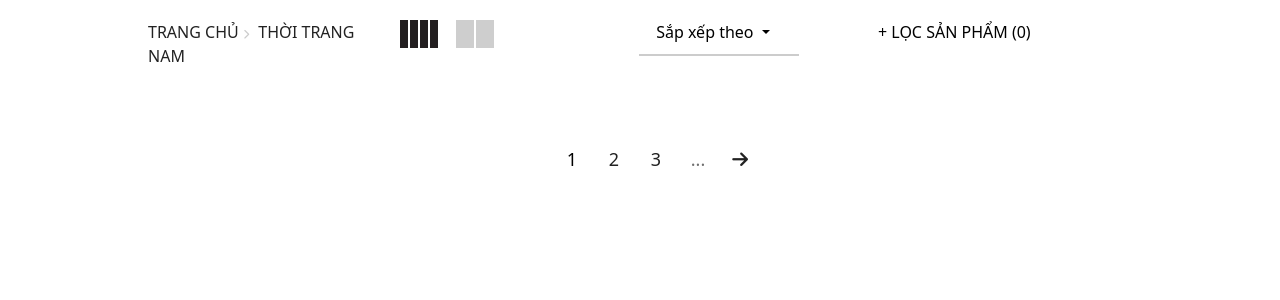
Repository: NguyenQuangQuan021099/FE_Page-Male
Page: index.html
An editor plug-in stored every save of this project. The page is shown before and after a run of saves, followed by the edit.
The browser window is 1280 px wide. The pictures show the whole page.
The page's requests for data from a server got no answer. Some web libraries are served in a nearby version.

Above is the page before, as saved 2021-07-09 09:09:38.

### index.html
<!DOCTYPE html>
<html lang="en">
<head>
    <meta charset="UTF-8">
    <meta http-equiv="X-UA-Compatible" content="IE=edge">
    <script src="https://kit.fontawesome.com/ce2ff1d6ed.js" crossorigin="anonymous"></script>
    <link href="https://cdn.jsdelivr.net/npm/bootstrap@5.0.1/dist/css/bootstrap.min.css" rel="stylesheet" integrity="sha384-+0n0xVW2eSR5OomGNYDnhzAbDsOXxcvSN1TPprVMTNDbiYZCxYbOOl7+AMvyTG2x" crossorigin="anonymous">
    <script src="https://code.jquery.com/jquery-3.6.0.min.js" integrity="sha256-/xUj+3OJU5yExlq6GSYGSHk7tPXikynS7ogEvDej/m4=" crossorigin="anonymous"></script>
    <meta name="viewport" content="width=device-width, initial-scale=1.0">
    <link rel="stylesheet" href="grid.css">
    <link rel="stylesheet" href="style.css">
    <title>Trang Nam</title>
</head>
<body>
<div class="grid main wide">
<!-- -------------------------Begin Nav-------------------------------------------------- -->
<div class="category__product__action row ">
    <div class="breadcrumbs col l-3">
        <a href="" title="Đi đến trang chủ">TRANG CHỦ</a>
        <i style="color: #ccc; font-size: 10px; margin-right: 5px; padding-bottom: 2px;" class="fas fa-chevron-right"></i>
        <span style="color: #222">THỜI TRANG NAM</span>
    </div>
    <div class="sub__category__product__action col l-9">
      <div class="nav-2 row ">
        <div class="toolbar__product col l-3 ">
          <a href="#" class="active" title="Lưới" ></a>
          <a href="./Danh sách/page1.html" class="disable" title="Danh sách" ></a>
        </div>
        <!-- --------------begin dropdown ------------------>
        <div class="dropdown col l-3 ">
          <button class="btn btn-secondary dropdown-toggle" type="button" id="dropdownMenuButton1" data-bs-toggle="dropdown" aria-expanded="false">
            Sắp xếp theo
          </button>
          <ul class="dropdown-menu sorter" aria-labelledby="dropdownMenuButton1" .>
            <li><a class="dropdown-item" href="#">Thứ tự chữ cái A-Z</a></li>
            <li><a class="dropdown-item" href="#">Thứ tự chữ cái Z-A</a></li>
            <li><a class="dropdown-item" href="#">Giá tăng dần</a></li>
            <li><a class="dropdown-item" href="#">Giá giảm dần</a></li>
            <li><a class="dropdown-item" href="#">Sản phẩm mới nhất</a></li>
          </ul>
        </div>
      <!-- -------------------end dropdown ---------------->

    <!-------------------- begin filter---------------- -->
  <div class="filter__toggle col l-3">
    <div class="list-group">
      <button class="list-group-item list-group-item-action actived-list" aria-current="true" >
        + LỌC SẢN PHẨM (0)
      </button>
      <div class="list-select">
        <div class="list-group-item list-group-item-action reset-close">
          <button class="reset">ĐẶT LẠI</button>
          <button class="close">ĐÓNG</button>
        </div>
        <div class="filter-option-list">
          <div class="filter-option">
            <button class="list-group-item list-group-item-action btn__item actived">NHÓM
              <div class="icon">
                <i class="fas fa-plus icon-1"></i>
                <i class="fas fa-minus icon-2"></i>
              </div>
            </button>
            <div class="item__male">
              <ul class="items">
                <li class="item"> <a href="">ÁO NAM</a></li>
                <li class="item"> <a href="">QUẦN NAM</a></li>
                <li class="item"> <a href="">GIÀY DÉP NAM</a></li>
                <li class="item"> <a href="">PHỤ KIỆN THỜI TRANG NAM</a></li>
              </ul>
            </div>
          </div>

        <div class="filter-option">
          <button class="list-group-item list-group-item-action btn__item actived">KÍCH CỠ
            <div class="icon">
              <i class="fas fa-plus icon-1"></i>
              <i class="fas fa-minus icon-2"></i>
            </div>
          </button>
          <div class="item__male">
            <ul class="items items-size">

            </ul>
          </div>
        </div>
        <div class="filter-option">
          <button class="list-group-item list-group-item-action btn__item">MÀU TRANG PHỤC</button>
        </div>
        <div class="filter-option">
        <button class="list-group-item list-group-item-action btn__item">GÍA TIỀN</button>
        </div>
        </div>
      </div>
    </div>
  </div>
  </div>
<!-- -------------------End filter--------------------- -->
</div>
</div>

<!-- --------------------End Nav----------------------- -->

<!-------------------Begin product--------------------- -->
<div class="product">
        <ol id="product-list-items" class="row">

        </ol>
</div>
<!-------------------End product--------------------- -->

<!-- -------------Begin pagination --------------------->
<div class="pagination ">
  <ul class="list__pag ">
    <li class="item__current"><a href="#">1</a></li>
        <li class="item"><a href="#">2</a></li>
        <li class="item"><a href="#">3</a></li>
        <li class="item"><span>...</span></li>
        <li class="item__next"><a href="#" title="Tiếp theo"><i class="fas fa-arrow-right"></i></a></li>
  </ul>
</div>
<!-- -------------End pagination ---------------------->
</div>
    <script src="./app.js"></script>
    <script src="https://cdn.jsdelivr.net/npm/@popperjs/core@2.9.2/dist/umd/popper.min.js" integrity="sha384-IQsoLXl5PILFhosVNubq5LC7Qb9DXgDA9i+tQ8Zj3iwWAwPtgFTxbJ8NT4GN1R8p" crossorigin="anonymous"></script>
    <script src="https://cdn.jsdelivr.net/npm/bootstrap@5.0.1/dist/js/bootstrap.min.js" integrity="sha384-Atwg2Pkwv9vp0ygtn1JAojH0nYbwNJLPhwyoVbhoPwBhjQPR5VtM2+xf0Uwh9KtT" crossorigin="anonymous"></script>
</body>
</html>

### grid.css
.grid{
    width: 100%;
    display: block;
    padding: 0;
}

.grid.wide{
    max-width: 1200px;
    margin: 0 auto;
}

.row{
    display: flex;
    flex-wrap: wrap;
    margin-left: -4px;
    margin-right: -4px;
}

.row.no-gutters{
    margin-left: 0;
    margin-right: 0;
}

.col{
    padding-left: 4px;
    padding-right: 4px;
}

.row.no-gutters .col{
    margin-left: 0;
    margin-right: 0;
}
/* c - làm cho mobile */
.c-0{
    display: none;
}

.c-1{
    flex: 0 0 8.33333%;
    max-width: 8.33333%;
}

.c-2{
    flex: 0 0 16.66667%;
    max-width: 16.666667%;
}

.c-3{
    flex: 0 0 25%;
    max-width: 25%;
}

.c-4{
    flex: 0 0 33.33333%;
    max-width: 33.33333% ;
}

.c-5{
    flex: 0 0 41.66667%;
    max-width: 41.66667% ;
}

.c-6{
    flex: 0 0 50%;
    max-width: 50% ;
}

.c-7{
    flex: 0 0 58.33333%;
    max-width: 58.33333% ;
}

.c-8{
    flex: 0 0 66.66667%;
    max-width: 66.66667% ;
}

.c-9{
    flex: 0 0 75%;
    max-width: 75% ;
}

.c-10{
    flex: 0 0 83.33333%;
    max-width: 83.33333% ;
}

.c-11{
    flex: 0 0 91.66667%;
    max-width: 91.66667% ;
}

.c-12{
    flex: 0 0 100%;
    max-width: 100% ;
}

.c-o-1{
    margin-left: 8.33333%;
}

.c-o-2{
    margin-left: 16.666667%;
}

.c-o-3{
    margin-left: 25%;
}

.c-o-4{
    margin-left: 33.33333% ;
}

.c-o-5{
    margin-left: 41.66667% ;
}

.c-o-6{
    margin-left: 50% ;
}

.c-o-7{
    margin-left: 58.33333% ;
}

.c-o-8{
    margin-left: 66.66667% ;
}

.c-o-9{
    margin-left: 75% ;
}

.c-o-10{
    margin-left: 83.33333% ;
}

.c-o-11{
    margin-left: 91.66667% ;
}

/* Tablet ~ PC low resolution */
@media (min-width: 740px) and (max-width: 1023px) {
    .wide{
        width: 644px;
    }

    .col{
        padding-left: 4px;
        padding-right: 4px;
    }
}


/* >= Tablet */
@media (min-width: 740px)  {
   .row{
    margin-left: -8px;
    margin-right: -8px;
   }

   .col{
    padding-left: 4px;
    padding-right: 4px;
    }

    .m-0{
        display: none;
    }

    .m-1,
    .m-2,
    .m-3,
    .m-4,
    .m-5,
    .m-6,
    .m-7,
    .m-8,
    .m-9,
    .m-10,
    .m-11,
    .m-12{
        display: block;
    }

    .m-1{
        flex: 0 0 8.33333%;
        max-width: 8.33333%;
    }

    .m-2{
        flex: 0 0 16.66667%;
        max-width: 16.666667%;
    }

    .m-3{
        flex: 0 0 25%;
        max-width: 25%;
    }

    .m-4{
        flex: 0 0 33.33333%;
        max-width: 33.33333% ;
    }

    .m-5{
        flex: 0 0 41.66667%;
        max-width: 41.66667% ;
    }

    .m-6{
        flex: 0 0 50%;
        max-width: 50% ;
    }

    .m-7{
        flex: 0 0 58.33333%;
        max-width: 58.33333% ;
    }

    .m-8{
        flex: 0 0 66.66667%;
        max-width: 66.66667% ;
    }

    .m-9{
        flex: 0 0 75%;
        max-width: 75% ;
    }

    .m-10{
        flex: 0 0 83.33333%;
        max-width: 83.33333% ;
    }

    .m-11{
        flex: 0 0 91.66667%;
        max-width: 91.66667% ;
    }

    .m-12{
        flex: 0 0 100%;
        max-width: 100% ;
    }

    .m-o-1{
        margin-left: 8.33333%;
    }

    .m-o-2{
        margin-left: 16.666667%;
    }

    .m-o-3{
        margin-left: 25%;
    }

    .m-o-4{
        margin-left: 33.33333% ;
    }

    .m-o-5{
        margin-left: 41.66667% ;
    }

    .m-o-6{
        margin-left: 50% ;
    }

    .m-o-7{
        margin-left: 58.33333% ;
    }

    .m-o-8{
        margin-left: 66.66667% ;
    }

    .m-o-9{
        margin-left: 75% ;
    }

    .m-o-10{
        margin-left: 83.33333% ;
    }

    .m-o-11{
        margin-left: 91.66667% ;
    }



}

/* > PC low resolution */
@media (min-width: 1113px)  {
    .row{
        margin-left: -12px;
        margin-right: -12px;
       }

    .col{
        padding-left: 4px;
        padding-right: 4px;
    }

    .l-0{
        display: none;
    }

    .l-1,
    .l-2,
    .l-3,
    .l-4,
    .l-5,
    .l-6,
    .l-7,
    .l-8,
    .l-9,
    .l-10,
    .l-11,
    .l-12{
        display: block;
    }

    .l-1{
        flex: 0 0 8.33333%;
        max-width: 8.33333%;
    }

    .l-2{
        flex: 0 0 16.66667%;
        max-width: 16.666667%;
    }

    .l-3{
        flex: 0 0 25%;
        max-width: 25%;
    }

    .l-4{
        flex: 0 0 33.33333%;
        max-width: 33.33333% ;
    }

    .l-5{
        flex: 0 0 41.66667%;
        max-width: 41.66667% ;
    }

    .l-6{
        flex: 0 0 50%;
        max-width: 50% ;
    }

    .l-7{
        flex: 0 0 58.33333%;
        max-width: 58.33333% ;
    }

    .l-8{
        flex: 0 0 66.66667%;
        max-width: 66.66667% ;
    }

    .l-9{
        flex: 0 0 75%;
        max-width: 75% ;
    }

    .l-10{
        flex: 0 0 83.33333%;
        max-width: 83.33333% ;
    }

    .l-11{
        flex: 0 0 91.66667%;
        max-width: 91.66667% ;
    }

    .l-12{
        flex: 0 0 100%;
        max-width: 100% ;
    }

    .l-o-1{
        margin-left: 8.33333%;
    }

    .l-o-2{
        margin-left: 16.666667%;
    }

    .l-o-3{
        margin-left: 25%;
    }

    .l-o-4{
        margin-left: 33.33333% ;
    }

    .l-o-5{
        margin-left: 41.66667% ;
    }

    .l-o-6{
        margin-left: 50% ;
    }

    .l-o-7{
        margin-left: 58.33333% ;
    }

    .l-o-8{
        margin-left: 66.66667% ;
    }

    .l-o-9{
        margin-left: 75% ;
    }

    .l-o-10{
        margin-left: 83.33333% ;
    }

    .l-o-11{
        margin-left: 91.66667% ;
    }
}


/* PC low resolution */
@media (min-width: 1024px) and (max-width: 1366px) {
    .wide{
        width: 984px;
    }

    .wide .row{
        margin-left: -12px;
        margin-right: -12px;
    }

    .wide .col{
        padding-left: 12px;
        padding-right: 12px;
    }

    .wide .l-0{
        display: none;
    }

    .wide .l-1,
    .wide .l-2,
    .wide .l-3,
    .wide .l-4,
    .wide .l-5,
    .wide .l-6,
    .wide .l-7,
    .wide .l-8,
    .wide .l-9,
    .wide .l-10,
    .wide .l-11,
    .wide .l-12{
        display: block;
    }

    .wide .l-1{
        flex: 0 0 8.33333%;
        max-width: 8.33333%;
    }

    .wide .l-2{
        flex: 0 0 16.66667%;
        max-width: 16.666667%;
    }

    .wide .l-3{
        flex: 0 0 25%;
        max-width: 25%;
    }

    .wide .l-4{
        flex: 0 0 33.33333%;
        max-width: 33.33333% ;
    }

    .wide .l-5{
        flex: 0 0 41.66667%;
        max-width: 41.66667% ;
    }

    .wide .l-6{
        flex: 0 0 50%;
        max-width: 50% ;
    }

    .wide .l-7{
        flex: 0 0 58.33333%;
        max-width: 58.33333% ;
    }

    .wide .l-8{
        flex: 0 0 66.66667%;
        max-width: 66.66667% ;
    }

    .wide .l-9{
        flex: 0 0 75%;
        max-width: 75% ;
    }

    .wide .l-10{
        flex: 0 0 83.33333%;
        max-width: 83.33333% ;
    }

    .wide .l-11{
        flex: 0 0 91.66667%;
        max-width: 91.66667% ;
    }

    .wide .l-12{
        flex: 0 0 100%;
        max-width: 100% ;
    }

    .wide .l-o-1{
        margin-left: 8.33333%;
    }

    .wide .l-o-2{
        margin-left: 16.666667%;
    }

    .wide .l-o-3{
        margin-left: 25%;
    }

    .wide .l-o-4{
        margin-left: 33.33333% ;
    }

    .wide .l-o-5{
        margin-left: 41.66667% ;
    }

    .wide .l-o-6{
        margin-left: 50% ;
    }

    .wide .l-o-7{
        margin-left: 58.33333% ;
    }

    .wide .l-o-8{
        margin-left: 66.66667% ;
    }

    .wide .l-o-9{
        margin-left: 75% ;
    }

    .wide .l-o-10{
        margin-left: 83.33333% ;
    }

    .wide .l-o-11{
        margin-left: 91.66667% ;
    }


}

### style.css
*{
    margin: 0;
    padding: 0;
    box-sizing: border-box;
}

html{
    font-family: Arial, Helvetica, sans-serif;
}

a, a:hover{
    color: #222;
    text-decoration: none;
}

.category__product__action{
    margin: 10px 0 50px 0;

}

.breadcrumbs {
    margin-top: 10px;
}

.sub__category__product__action{
    display: flex;
    justify-content: flex-end;
}


.toolbar__product{
    margin-top: 10px;
    display: flex;
}
.toolbar__product a{
    height: 28px;
    display: inline-block;
    width: 38px;
    background-repeat: no-repeat;
}

.toolbar__product .active{
    background-image: url(./img/grid4active.svg);
    padding-right: 52px;
}

.toolbar__product .disable{
    background-image: url(./img/grid2disable.svg);
}

/* Dropdown css */
.dropdown{
    margin: 0 50px;
}

.btn-secondary {
    width: 160px;
    height: 46px;
    color: black;
    background-color: white;
    border-style: none;
    border-bottom: 2px solid #ccc;
    border-radius: 0px;
    padding: 0 25px 0 13px;
}


.btn-secondary:hover{
    color: black;
    background-color: white;
    border-bottom: 1px solid #ccc;

}

.btn-check:focus+.btn-secondary, .btn-secondary:focus {
    color: black;
    background-color: #fff;
    border-color: rgb(54, 52, 52);
    box-shadow: none;
    outline: none;
}
.sorter .dropdown-item:hover {
    color: white;
    background-color: #1777f2;
}

/* End dropdown */

/*  product items css */
/* filter css */
.list-group .actived-list{
    background-color: #fff;
    border-style: none;
    color:black ;
    padding: 0;
}

.reset-close{
    width: 100%;
    padding: 20px 0 ;
    display: flex;
    justify-content: space-between;
    border-style: none;
    border-bottom: 1px solid black;
    position: relative;

}
.reset-close button{
    font-size: 18px;
    margin: 0 30px;
    border-style: none;
    background-color: #fff;
}


/* begin filter */
.filter__toggle{
    margin-top: 10px;
}

.list-select{
    width: 25.8%;
    height: 100%;
    position: fixed;
    display: none;
    top: 0;
    right: 0;
    z-index: 2;
    background-color: #fff;
    border-left: 1px solid black;
    animation: mymove ease-in-out .8s;
}

.list-group-item-action:hover{
    background-color: #fff;
}

.list-select button{
   font-size: 18px;
}

.btn__item{
    padding-left: 30px;
    display: flex;
    justify-content: space-between;
}

.list-group .item__male ul li{
    list-style: none;
    padding-top: 8px;
}

.filter-option-list{
    height: 95vh;
    overflow-y: scroll;
}

.filter-option{
    border-bottom: 1px solid black;
}

.filter-option button .icon{
   display: inline-block;

}

.filter-option button .icon .icon-1{
    display: none;
}


@keyframes mymove{
    0%{
        right: -100%;
    }

    100%{
        right: 0;
    }
}

/* end filter css */
/* product items css */
.product{
     max-width: 100%;
     padding-left: 12px;
}

.product ol{
    display: flex;
    flex-wrap: wrap;
    padding-left: 0;
}

.product #product-list-items .product-items{
    width: 25%;
    list-style: none;
    margin-bottom: 30px;
}

li .renderItems  a img{
    width: 100%;
    object-fit: cover;
    padding: 3px;
}

li .renderItems  .sub__div{
    padding-top: 16px;
}

li .renderItems .sub__div .title{
    color: #222;
    font-weight: 500;
    text-transform: uppercase;
    font-size: 12px;
    text-decoration: none;
}

li .renderItems .sub__div .price{
    opacity: 0.7;
    font-size: 16px;
    font-family: Roboto;
}

li .renderItems .sub__div a{
    position: relative;
    display: inline-block;
}

li .renderItems .sub__div .img__mini{
    width: 22px;
    height: 22px;
}

li .renderItems .sub__div a img{
    width: 100%;
    object-fit: none;
}

li .renderItems .sub__div a img:hover{
    border: 1px solid black;
}

li .renderItems .sub__div a .sub__content{
    position: absolute;
    padding: 10px 30px;
    border: 1px solid black;
    border-radius: 5px;
    background-color: #fff;
    top: -50px;
    display: none;
}

li .renderItems .sub__div a:hover .sub__content{
    display: block;
}

/* End product items */

/* Begin pagination */
.pagination{
    display: block;
}

.pagination ul{
    display: flex;
    justify-content: center;
}
.pagination ul li{
    list-style: none;
    width: 30px;
    height: 30px;
    font-size: 18px;
    color: #707070;
    margin: 12px 6px;
    text-align: center;
}

.pagination ul .item__current a{
    color: black;
}

.pagination ul li:hover a{
    background-color: #ccc;
    border-radius: 2px;
    padding: 6px 12px;
}

/* End paginaton */

/* Responsive */


@media (max-width: 1023px) {

    .toolbar__product{
        display: none;
    }

}

@media (min-width: 1024px) and (max-width: 1366px){
    .category__product__action{
        position: relative;
    }

    .sub__category__product__action{

    }


}

### app.js
let itemAPI = "http://localhost:3000/items";
let sizeAPI = "http://localhost:3000/listSize";

function start() {
    getItem(renderItems);
    getSize(renderListSize);
}
start();

// lay ra item
function getItem(callback) {
    fetch(itemAPI)
    .then(function(response){
        return response.json();
    })
    .then(callback);
}

//render item
function renderItems(items){
    let listItemsBlock = document.querySelector("#product-list-items");
    let htmls = items.map(function(item){
        return `
        <li class="product-items col m-6 c-6 l-3">
            <div class="renderItems">
                <a href=""><img src="${item.image}" alt="" srcset=""></a>

                <div class="sub__div">

                    <a href="#" class="title"> ${item.title} </a> <br>

                    <span class="price">${item.price}</span> <br>

                        <a class="img__mini" href="#"> <img src="${item.miniimg}">
                            <div class="sub__content">
                                ${item.contentmini1}
                            </div>
                        </a>
                </div>
            </div>
        </li>
        `;
    });
    listItemsBlock.innerHTML = htmls.join('');
}

// render list size clothing
function getSize(callback) {
    fetch(sizeAPI)
    .then(function(response){
        return response.json();
    })
    .then(callback);
}

function renderListSize(listSize){
    let listSizeBlock = document.querySelector(".items-size");
    console.log(listSizeBlock);
    let htmls = listSize.map(function(size){
        return `
            <li class="item"> <a href=""> ${size.sizeClothing}</a></li>
        `;
    });
    listSizeBlock.innerHTML = htmls.join('');
    console.log(htmls);
}


// $('.show-hide').on("click", function(e){
//     $(this).find('.hide').css("display", "none");
//     $(this).find('.show').css("display", "block");
//     e.preventDefault();
// })


// filter actived
$('.actived-list, .close').on("click", function(){
    $(this).parent('.list-group').find('.list-select').toggle();
    $(this).parents('.list-select').toggle();

})

$('.actived, .not-actived').on("click", function(){
    $(this).find('.icon-1').toggle();
    $(this).find('.icon-2').toggle();
    $(this).parent('.filter-option').find('.item__male').toggle();
        if ($(this).hasClass('actived')) {
            $(this).removeClass('actived').addClass('not-actived');
        } else {
                $(this).removeClass('not-actived').addClass('actived');
        }
})


$('.reset').on("click", function(){
   $(this).parents('.list-select').find('.item__male').show();
   $(this).parents('.list-select').find('.icon-1').hide();
   $(this).parents('.list-select').find('.icon-2').show();
})

After the next 2 saves:
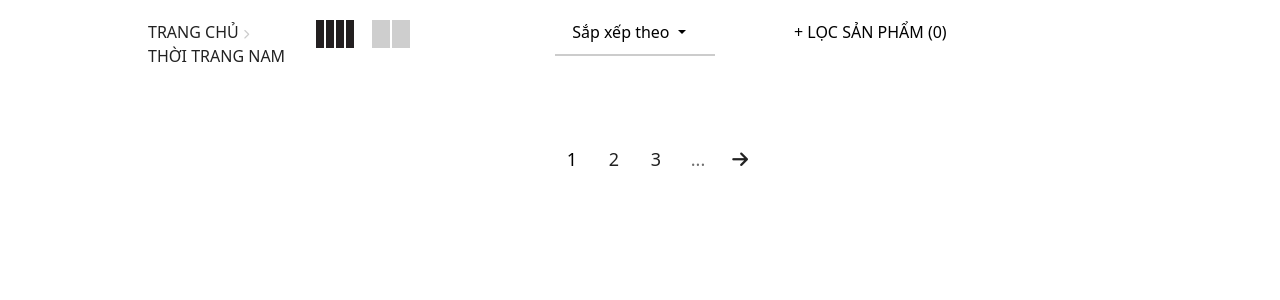
The 2 saves are shown as one change because they came seconds apart.
The last was saved 53 s later.
--- a/index.html
+++ b/index.html
@@ -15,7 +15,7 @@
 <div class="grid main wide">
 <!-- -------------------------Begin Nav-------------------------------------------------- -->
 <div class="category__product__action row ">
-    <div class="breadcrumbs col l-3">
+    <div class="breadcrumbs col l-2">
         <a href="" title="Đi đến trang chủ">TRANG CHỦ</a>
         <i style="color: #ccc; font-size: 10px; margin-right: 5px; padding-bottom: 2px;" class="fas fa-chevron-right"></i>
         <span style="color: #222">THỜI TRANG NAM</span>

After the save that followed:
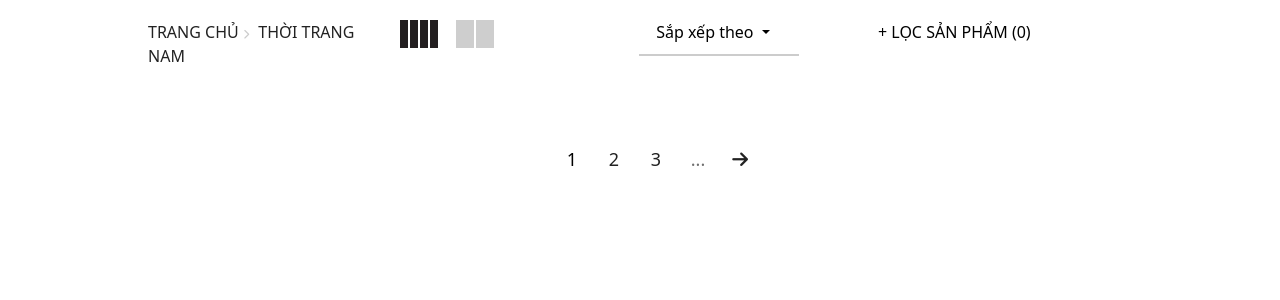
Saved 5 s later.
--- a/index.html
+++ b/index.html
@@ -15,7 +15,7 @@
 <div class="grid main wide">
 <!-- -------------------------Begin Nav-------------------------------------------------- -->
 <div class="category__product__action row ">
-    <div class="breadcrumbs col l-2">
+    <div class="breadcrumbs col l-3">
         <a href="" title="Đi đến trang chủ">TRANG CHỦ</a>
         <i style="color: #ccc; font-size: 10px; margin-right: 5px; padding-bottom: 2px;" class="fas fa-chevron-right"></i>
         <span style="color: #222">THỜI TRANG NAM</span>
